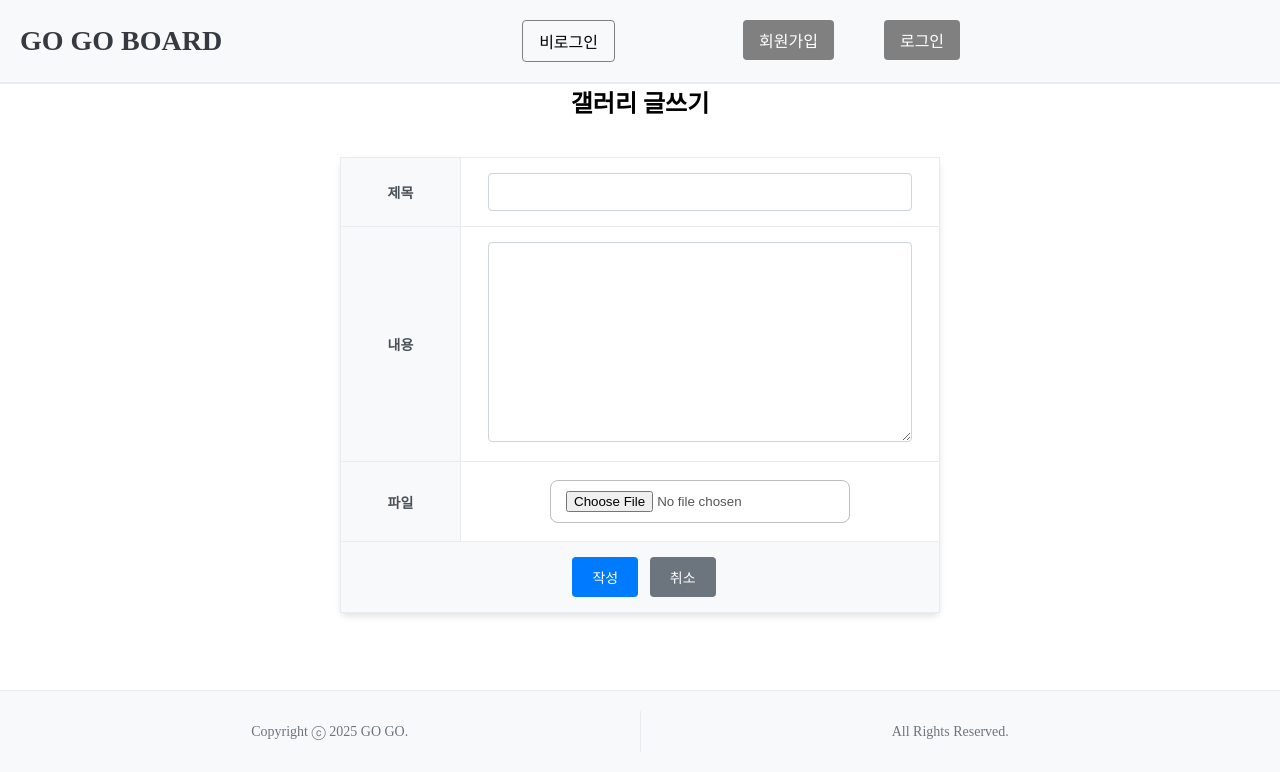
Repository: 1plus1equals3-true/Board-Project
Page: http://localhost/jsp/board/write_gallery.jsp
An editor plug-in stored every save of this project. The page is shown before and after the next save, followed by the edit.
The browser window is 1280 px wide. The pictures show the whole page.
The page is served by Tomcat 9.

Above is the page before, as saved 2025-09-23 06:07:38.

After the next save:
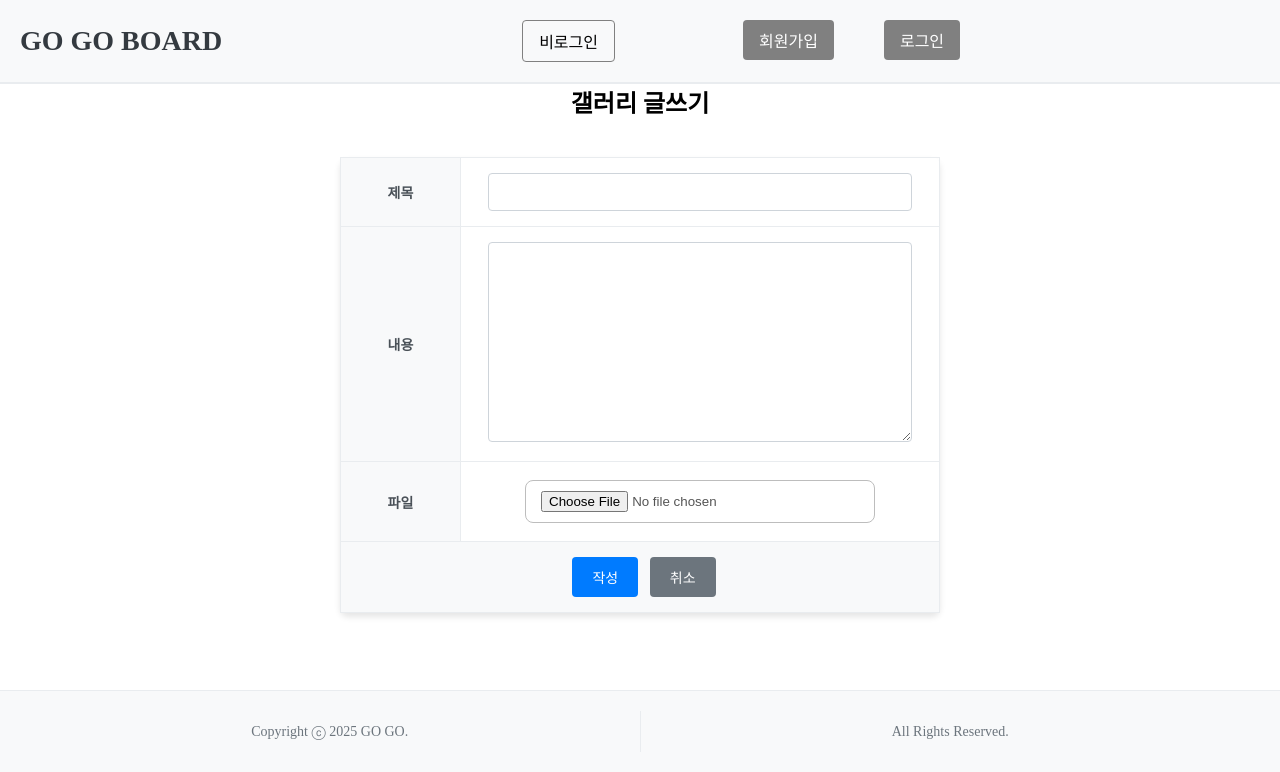
Saved 15 s later.
--- a/jsp/src/main/webapp/board/write_gallery.jsp
+++ b/jsp/src/main/webapp/board/write_gallery.jsp
@@ -108,7 +108,7 @@
 .file-container input[type="file"] {
   /* 너비가 너무 넓어지지 않도록 조정 */
   width: 100%;
-  max-width: 300px; /* 적절한 너비로 조정하세요 */
+  max-width: 350px; /* 적절한 너비로 조정하세요 */
 
   font-family: Arial, sans-serif;
   color: #555;
